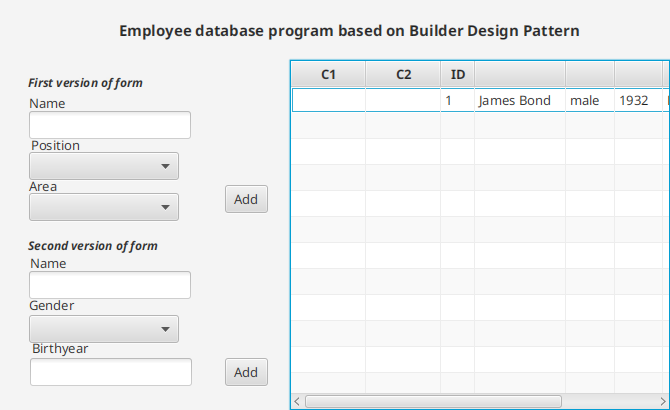
Repository: DanielCsonka987/JavaPrograms_programPatterns
Program's window: java OOP_ProgPat_Builder/src/application/Main.java
An editor plug-in stored every save of this project. The program's window is shown before and after the next save, followed by the edit.
It runs on Java 21 on a 1366 x 768 screen with JavaFX 11; the title bar is not drawn.

Above is the program's window before, as saved 2019-10-21 12:07:22.

After the next save:
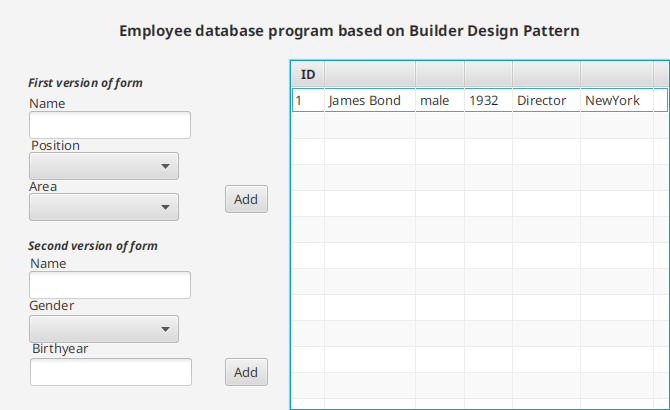
Saved 17 s later.
--- a/OOP_ProgPat_Builder/src/application/MainWindow.fxml
+++ b/OOP_ProgPat_Builder/src/application/MainWindow.fxml
@@ -16,8 +16,7 @@
    <right>
       <TableView fx:id="tableEmployee" prefHeight="350.0" prefWidth="380.0" BorderPane.alignment="CENTER">
         <columns>
-          <TableColumn prefWidth="75.0" text="C1" />
-          <TableColumn prefWidth="75.0" text="C2" />
+
         </columns>
       </TableView>
    </right>
